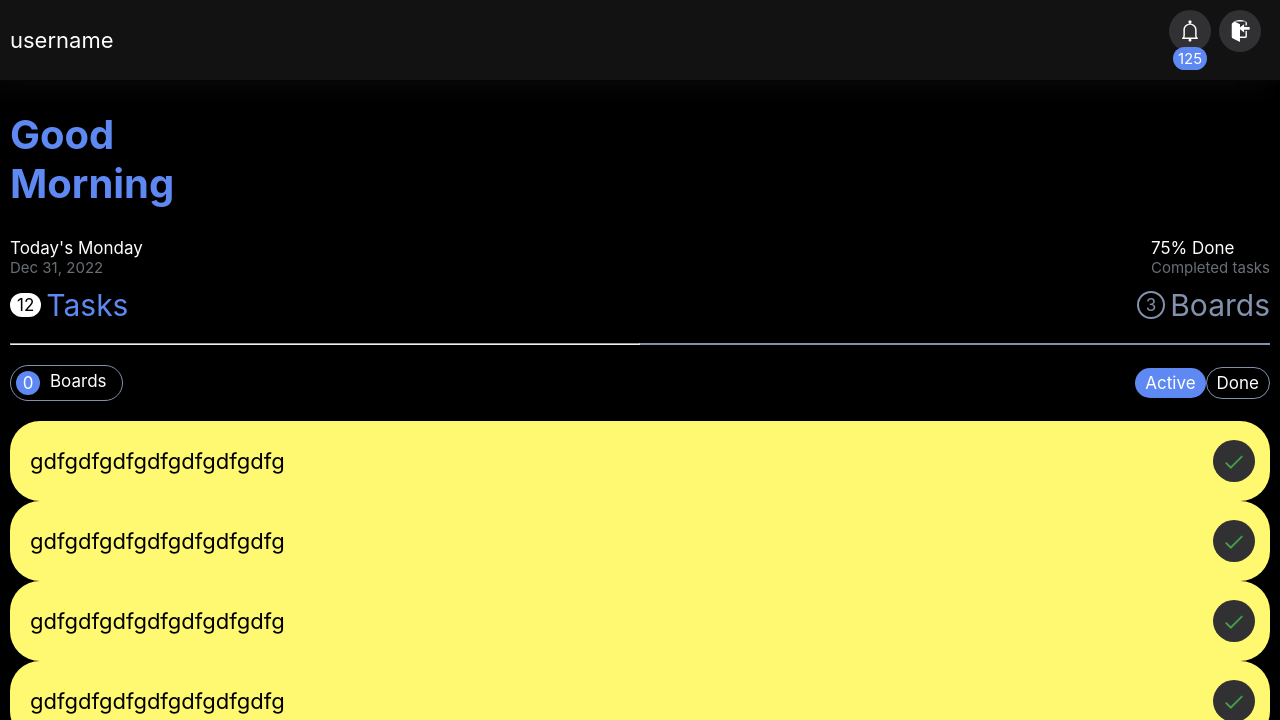
Repository: ShindanoSingi/todo-app
Page: /
An editor plug-in stored every save of this project. The page is shown before and after the next save, followed by the edit.
The browser window is 1280 px wide. The pictures show the whole page.
The project was rebuilt for these pictures with package versions that can differ from the ones it lists, and the page was loaded fresh each time. Also part of the build but not shown: src/pages/LandingPage.js.

Above is the page before, as saved 2023-01-01 19:12:18.

### src/index.css
* {
  font-size: 22px;
  margin: 0;
  padding: 0;
}

body {
  margin: 0;
  padding: 0;
  font-family: -apple-system, BlinkMacSystemFont, 'Segoe UI', 'Roboto', 'Oxygen',
    'Ubuntu', 'Cantarell', 'Fira Sans', 'Droid Sans', 'Helvetica Neue',
    sans-serif;
  -webkit-font-smoothing: antialiased;
  -moz-osx-font-smoothing: grayscale;
}

code {
  font-family: source-code-pro, Menlo, Monaco, Consolas, 'Courier New',
    monospace;
}

.signin-icon-signin-text-container {
  display: flex;
  align-items: center;
  flex-direction: column;
}

.bell-icon-bell-num-container {
  display: flex;
  flex-direction: column;
  align-items: center;
  margin-left: 20px;
}

.signin-text {
  display: none;
}

.bell-num,
.signin-text {
  font-size: 15px;
}

.bell-num {
  text-align: center;
  color: #fff;
  padding: 2px 5px;
  background-color: #5f89f2;
  border-radius: 50px;
  margin-top: -5px;
}

.bell-icon,
.signin-icon {
  color: white;
  padding: 10px;
  border-radius: 50px;
  background-color: #313133;
}

div.signin-icon-signin-text-container:hover p.signin-text {
  display: block;
}

.bell-icon-signin-container {
  display: grid;
  grid-template-columns: 60px 60px;
}

.username,
.signin-text {
  color: #fff;
}

.nav-bar {
  display: flex;
  align-items: center;
  justify-content: space-between;
  padding: 10px;
  background: #121212;
  box-shadow: -11px 11px 22px #070707, 11px -11px 22px #1d1d1d;
}

h1 {
  position: absolute;
  top: 10%;
  z-index: 1;
}

h2 {
  font-size: 40px;
  color: #5f89f2;
}

.salutation-container {
  margin-top: 30px;
  padding-left: 10px;
}

.day,
.percent,
.small-boards,
.done,
.active {
  font-size: 17px;
  color: #ffffff;
}

.date,
.completed {
  font-size: 15px;
  color: #6a6f75;
}

.day-to-percent-container {
  display: flex;
  justify-content: space-between;
  padding: 10px;
  margin-top: 20px;
}

.tasks-num {
  text-align: center;
  font-size: 17px;
  background: #ffff;
  padding: 2px 7px;
  border-radius: 50px;
  height: 20px;
}

.tasks {
  font-size: 30px;
  font-weight: light;
  color: #5f89f2;
}

.boards-num {
  font-size: 17px;
  color: #8292ad;
  border: 2px solid #8292ad;
  padding: 2px 7px;
  border-radius: 50px;
  height: 20px;
}

.big-boards {
  font-size: 30px;
  font-weight: light;
  color: #8292ad;
}

.tasks-num-tasks-container,
.boards-num-boards-container {
  display: flex;
  align-items: center;
  gap: 5px;
}

.line-tasks {
  width: 50%;
}

.line-boards {
  width: 50%;
  border: 1px solid #8292ad;
}

.line-tasks-ine-boards-container {
  display: flex;
  justify-content: space-between;
  /* margin-top: 10px; */
  padding: 0 10px;
}

.tasks-to-boards-container {
  display: flex;
  justify-content: space-between;
  padding: 0 10px;
}

.num-boards {
  font-size: 17px;
  text-align: center;
  color: #fff;
  background: #5f89f2;
  padding: 2px;
  border-radius: 50px;
  height: 20px;
  width: 20px;
}

.small-boards {
  color: #fff;
}

.num-boards-small-boards-container {
  display: flex;
  gap: 10px;
  border: 1px solid #8292ad;
  padding: 5px;
  border-radius: 50px;
  padding-right: 15px;
}

.active {
  text-align: center;
  background: #5f89f2;
  padding: 0px 10px;
  border-radius: 50px;
  padding: 5px 10px;
}

.done {
  display: flex;
  gap: 10px;
  border: 1px solid #8292ad;
  border-radius: 50px;
  padding: 5px 10px;
}

.active-done-container {
  display: flex;
  align-items: center;
}

.num-boards-to-small-boards-container {
  display: flex;
  justify-content: space-between;
  align-items: center;
  padding: 0 10px;
}

.task-title {
  word-wrap: break-word;
  padding: 5px;
  width: 80%;
}

.check-circle-icon {
  color: white;
  padding: 10px;
  border-radius: 50px;
  background-color: #313133;
}

.todo-card {
  margin: 0 10px;
  padding: 15px;
  min-height: 50px;
  border-radius: 30px;
  display: flex;
  align-items: center;
  justify-content: space-between;
}

.main {
  display: flex;
  flex-direction: column;
  /* grid-template-rows: auto; */
  gap: 20px;
}

/* Credit: Cole McCombs; */
.landing-page-wrapper {
  height: 100%;
  display: flex;
  flex-direction: column;
  align-items: center;
  justify-content: center;
}

/* Credit: Cole McCombs; */
.button {
  min-width: 150px;
  min-height: 40px;
  font-family: 'Nunito', sans-serif;
  font-size: 22px;
  text-transform: uppercase;
  letter-spacing: 1.3px;
  font-weight: 700;
  color: #313133;
  background: #37b7ff;
  background: linear-gradient(
    90deg,
    rgb(59, 123, 190) 0%,
    rgb(29, 181, 228) 100%
  );
  border: none;
  border-radius: 1000px;
  box-shadow: 12px 12px 24px rgba(28, 120, 186, 0.64);
  transition: all 0.3s ease-in-out 0s;
  cursor: pointer;
  outline: none;
  position: absolute;
  top: 85%;
  padding: 10px;
}

/* Credit: Cole McCombs; */
button::before {
  content: '';
  border-radius: 1000px;
  min-width: calc(150px + 12px);
  min-height: calc(40px + 12px);
  border: 6px solid #008cff;
  box-shadow: 0 0 60px rgba(25, 150, 233, 0.64);
  position: absolute;
  top: 50%;
  left: 50%;
  transform: translate(-50%, -50%);
  opacity: 0;
  transition: all 0.3s ease-in-out 0s;
}

/* Credit: Cole McCombs; */
.button:hover,
.button:focus {
  color: #bfbfd4;
  transform: translateY(-6px);
}

/* Credit: Cole McCombs; */
button:hover::before,
button:focus::before {
  opacity: 1;
}

/* Credit: Cole McCombs; */
button::after {
  content: '';
  width: 30px;
  height: 30px;
  border-radius: 100%;
  border: 6px solid #0f8bdd;
  position: absolute;
  z-index: -1;
  top: 50%;
  left: 50%;
  transform: translate(-50%, -50%);
  animation: ring 1.5s infinite;
}

/* Credit: Cole McCombs; */
button:hover::after,
button:focus::after {
  animation: none;
  display: none;
}

/* Credit: Cole McCombs; */
@keyframes ring {
  0% {
    width: 20px;
    height: 20px;
    opacity: 1;
  }
  100% {
    width: 150px;
    height: 150px;
    opacity: 0;
  }
}

.landing-page-image {
  position: fixed;
  width: 100%;
  height: 100%;
}

.landing-page-image {
  -webkit-animation: anim 8s infinite linear;
  animation: anim 8s infinite linear;
}

@-webkit-keyframes anim {
  from {
    -webkit-transform: rotateY(0deg);
  }
  to {
    -webkit-transform: rotateY(90deg);
  }
}

@keyframes anim {
  from {
    transform: rotateY(90deg);
  }
  to {
    transform: rotateY(0deg);
  }
}

.container {
  height: 100%;
  width: 100%;
  position: fixed;
  background-color: #000000;
}

### src/App.js
import Todos from './pages/Todos'

import LandingPage from './pages/LandingPage'

function App() {
  return (
    <div className="">
      {/* <LandingPage /> */}
      <Todos />
    </div>
  )
}

export default App

### src/pages/Todos.js
import React from 'react'
import checkbox from '../assests/check.svg'
import { RxBell } from 'react-icons/rx'
import { GoSignIn } from 'react-icons/go'
import { FcCheckmark } from 'react-icons/fc'

function Todos() {
    let color = "#FEF970"
    return (
        <div className='container'>
            <div className='todos-wrapper'>
                <nav className='nav-bar'>
                    <p className='username'>username</p>
                    <div className='bell-icon-signin-container'>
                        <div className='bell-icon-bell-num-container'>
                            <RxBell className='bell-icon' />
                            <p className='bell-num'>125</p>
                        </div>
                        <div className='signin-icon-signin-text-container'>
                            <GoSignIn className='signin-icon' />
                            <p className='signin-text'>Sign In</p>
                        </div>

                    </div>
                </nav>
                <div className='salutation-container'>
                    <h2 className='good-text'>Good</h2>
                    <h2 className='morning-text'>Morning</h2>
                </div>

                <div className='day-to-percent-container'>
                    <div className='day-date-container'>
                        <p className='day'>Today's Monday</p>
                        <p className='date'>Dec 31, 2022</p>
                    </div>
                    <div className='percent-completed-container'>
                        <p className='percent'>75% Done</p>
                        <p className='completed'>Completed tasks</p>
                    </div>
                </div>
                <main className='main'>
                    <div className='tasks-to-boards-container'>
                        <div className='tasks-num-tasks-container'>
                            <p className='tasks-num'>12</p>
                            <p className='tasks'>Tasks</p>
                        </div>
                        <div className='boards-num-boards-container'>
                            <p className='boards-num'>3</p>
                            <p className='big-boards'>Boards</p>
                        </div>
                    </div>
                    <div className='line-tasks-ine-boards-container'>
                        <hr className='line-tasks' />
                        <hr className='line-boards' />
                    </div>

                    <div className='num-boards-to-small-boards-container'>
                        <div className='num-boards-small-boards-container'>
                            <p className='num-boards'>0</p>
                            <p className='small-boards'>Boards</p>
                        </div>
                        <div className='active-done-container'>
                            <p className='active'>Active</p>
                            <p className='done'>Done</p>
                        </div>
                    </div>
                    <div className='todos-container'>
                        <div className='todo-card' style={{ backgroundColor: color }}>
                            <p className='task-title'>gdfgdfgdfgdfgdfgdfgdfg</p>
                            < FcCheckmark className='check-circle-icon' />
                        </div>
                        <div className='todo-card' style={{ backgroundColor: color }}>
                            <p className='task-title'>gdfgdfgdfgdfgdfgdfgdfg</p>
                            < FcCheckmark className='check-circle-icon' />
                        </div>
                        <div className='todo-card' style={{ backgroundColor: color }}>
                            <p className='task-title'>gdfgdfgdfgdfgdfgdfgdfg</p>
                            < FcCheckmark className='check-circle-icon' />
                        </div>
                        <div className='todo-card' style={{ backgroundColor: color }}>
                            <p className='task-title'>gdfgdfgdfgdfgdfgdfgdfg</p>
                            < FcCheckmark className='check-circle-icon' />
                        </div>
                        <div className='todo-card' style={{ backgroundColor: color }}>
                            <p className='task-title'>gdfgdfgdfgdfgdfgdfgdfg</p>
                            < FcCheckmark className='check-circle-icon' />
                        </div>
                        <div className='todo-card' style={{ backgroundColor: color }}>
                            <p className='task-title'>gdfgdfgdfgdfgdfgdfgdfg</p>
                            < FcCheckmark className='check-circle-icon' />
                        </div>
                        <div className='todo-card' style={{ backgroundColor: color }}>
                            <p className='task-title'>gdfgdfgdfgdfgdfgdfgdfg</p>
                            < FcCheckmark className='check-circle-icon' />
                        </div>
                        <div className='todo-card' style={{ backgroundColor: color }}>
                            <p className='task-title'>gdfgdfgdfgdfgdfgdfgdfg</p>
                            < FcCheckmark className='check-circle-icon' />
                        </div>
                        <div className='todo-card' style={{ backgroundColor: color }}>
                            <p className='task-title'>gdfgdfgdfgdfgdfgdfgdfg</p>
                            < FcCheckmark className='check-circle-icon' />
                        </div>
                        <div className='todo-card' style={{ backgroundColor: color }}>
                            <p className='task-title'>gdfgdfgdfgdfgdfgdfgdfg</p>
                            < FcCheckmark className='check-circle-icon' />
                        </div>
                        <div className='todo-card' style={{ backgroundColor: color }}>
                            <p className='task-title'>gdfgdfgdfgdfgdfgdfgdfg</p>
                            < FcCheckmark className='check-circle-icon' />
                        </div>
                        <div className='todo-card' style={{ backgroundColor: color }}>
                            <p className='task-title'>gdfgdfgdfgdfgdfgdfgdfg</p>
                            < FcCheckmark className='check-circle-icon' />
                        </div>
                        <div className='todo-card' style={{ backgroundColor: color }}>
                            <p className='task-title'>gdfgdfgdfgdfgdfgdfgdfg</p>
                            < FcCheckmark className='check-circle-icon' />
                        </div>
                        <div className='todo-card' style={{ backgroundColor: color }}>
                            <p className='task-title'>gdfgdfgdfgdfgdfgdfgdfg</p>
                            < FcCheckmark className='check-circle-icon' />
                        </div>
                        <div className='todo-card' style={{ backgroundColor: color }}>
                            <p className='task-title'>gdfgdfgdfgdfgdfgdfgdfg</p>
                            < FcCheckmark className='check-circle-icon' />
                        </div>
                        <div className='todo-card' style={{ backgroundColor: color }}>
                            <p className='task-title'>gdfgdfgdfgdfgdfgdfgdfg</p>
                            < FcCheckmark className='check-circle-icon' />
                        </div>
                        <div className='todo-card' style={{ backgroundColor: color }}>
                            <p className='task-title'>gdfgdfgdfgdfgdfgdfgdfg</p>
                            < FcCheckmark className='check-circle-icon' />
                        </div>
                        <div className='todo-card' style={{ backgroundColor: color }}>
                            <p className='task-title'>gdfgdfgdfgdfgdfgdfgdfg</p>
                            < FcCheckmark className='check-circle-icon' />
                        </div>
                        <div className='todo-card' style={{ backgroundColor: color }}>
                            <p className='task-title'>gdfgdfgdfgdfgdfgdfgdfg</p>
                            < FcCheckmark className='check-circle-icon' />
                        </div>
                        <div className='todo-card' style={{ backgroundColor: color }}>
                            <p className='task-title'>gdfgdfgdfgdfgdfgdfgdfg</p>
                            < FcCheckmark className='check-circle-icon' />
                        </div>
                        <div className='todo-card' style={{ backgroundColor: color }}>
                            <p className='task-title'>gdfgdfgdfgdfgdfgdfgdfg</p>
                            < FcCheckmark className='check-circle-icon' />
                        </div>
                        <div className='todo-card' style={{ backgroundColor: color }}>
                            <p className='task-title'>gdfgdfgdfgdfgdfgdfgdfg</p>
                            < FcCheckmark className='check-circle-icon' />
                        </div>

                    </div>

                </main>
            </div>
        </div>
    )
}

export default Todos

Loaded but not shown: public/index.html (common file); src/index.js (common file); src/reportWebVitals.js (common file)

After the next save:
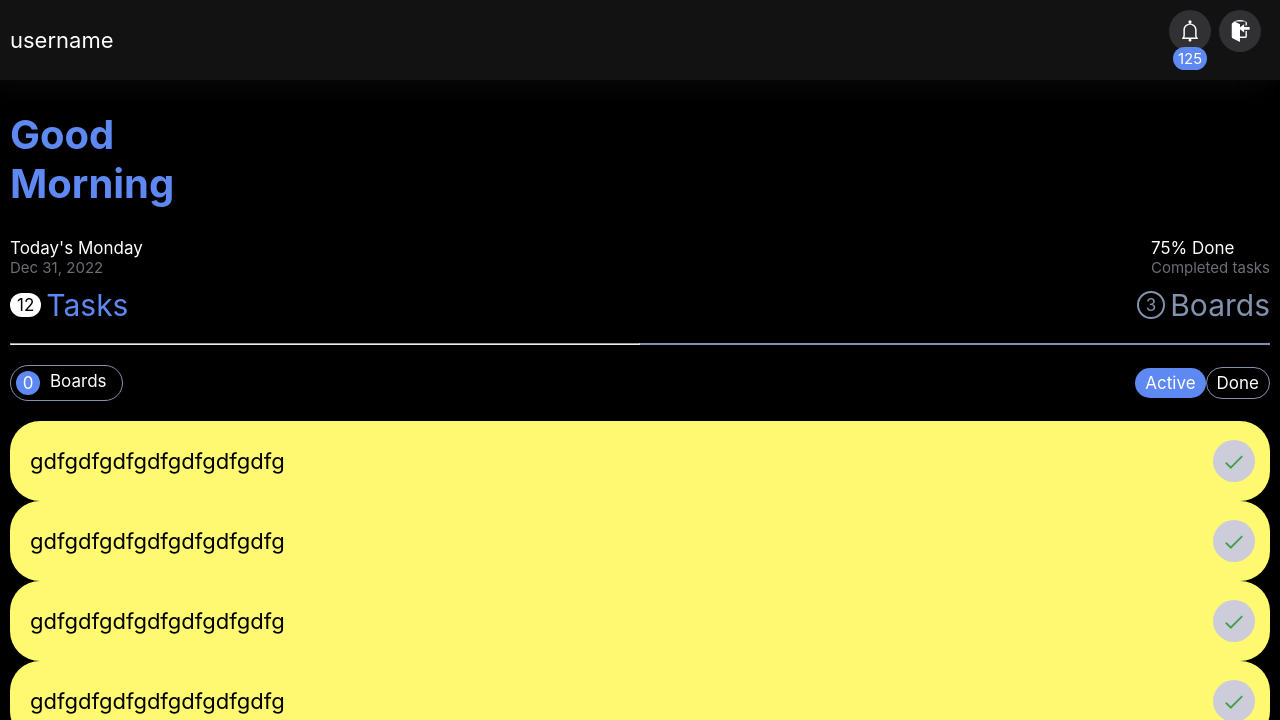
Saved 7 s later.
--- a/src/index.css
+++ b/src/index.css
@@ -240,7 +240,7 @@ h2 {
   color: white;
   padding: 10px;
   border-radius: 50px;
-  background-color: #313133;
+  background-color: #ccccdb;
 }
 
 .todo-card {
